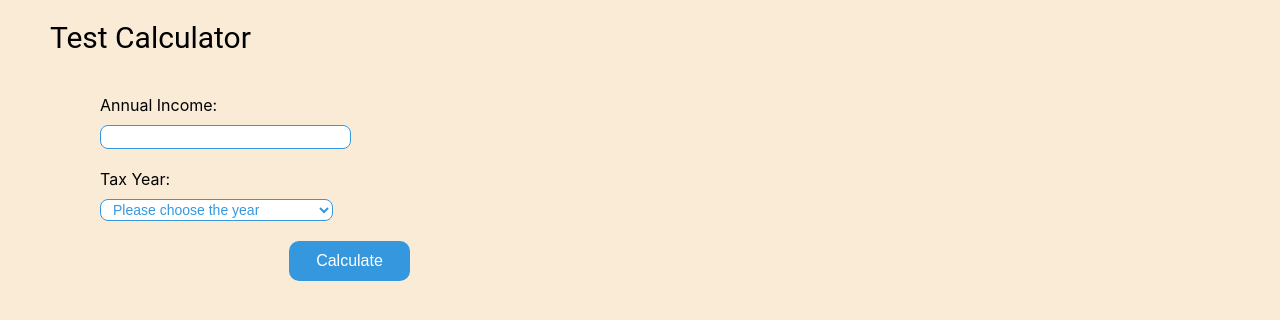
Repository: jbpadilha/taxcalculator
Page: /
These files come from the project's save history. The page is drawn as it stood at one moment and after the next save; the edit follows.
The browser window is 1280 px wide. The pictures show the whole page.
The project was rebuilt for these pictures with package versions that can differ from the ones it lists, and the page was loaded fresh each time.

Above is the page before, as saved 2023-06-17 21:38:59.

After the next save:
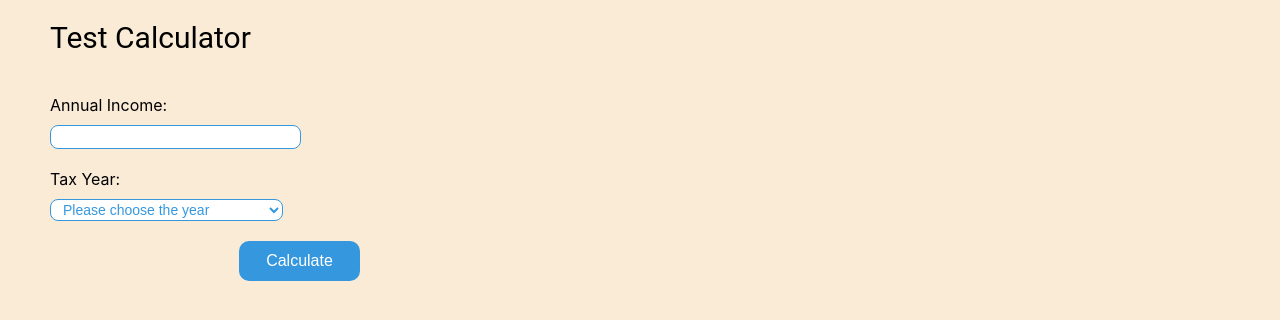
Saved 83 s later.
--- a/src/components/Main.tsx
+++ b/src/components/Main.tsx
@@ -7,6 +7,9 @@ const styles = {
         minHeight: 200,
         paddingLeft: 50,
         width: 310
+    },
+    contentForm: {
+        marginTop: 20,
     },
     title: {
         marginTop: 20,
@@ -70,7 +73,7 @@ const Main = () => {
     return (
         <div style={styles.content}>
             <div style={styles.title}>Test Calculator</div>
-            <div style={styles.content}>
+            <div style={styles.contentForm}>
                 <div style={styles.contentInput}>
                     <div>
                         <label htmlFor='income' style={styles.titleInput}>Annual Income:</label>
